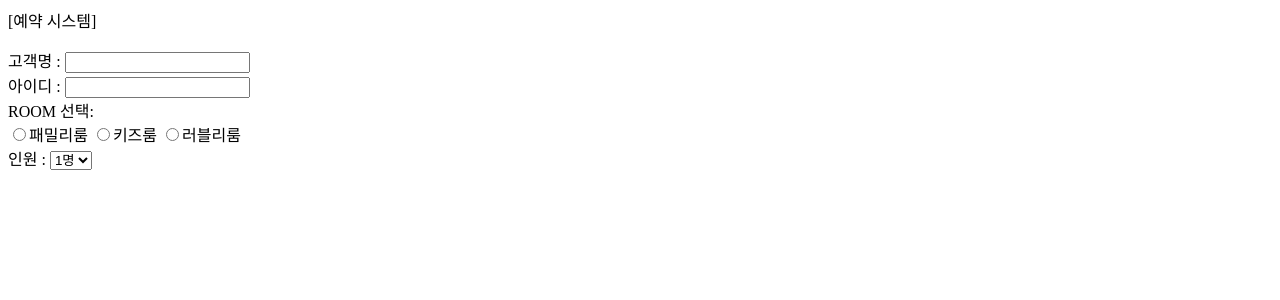
Repository: mnemion/BackendClass
Page: http://localhost/web/m/reserve.jsp
An editor plug-in stored every save of this project. The page is shown before and after a run of saves, followed by the edit.
The browser window is 1280 px wide. The pictures show the whole page.
The page is served by Tomcat 9. Other server files are loaded and not shown.

Above is the page before, as saved 2023-08-31 06:44:08.

### web/src/main/webapp/m/reserve.jsp
<%@ page language="java" contentType="text/html; charset=UTF-8"
    pageEncoding="UTF-8"%>
<div>
<p>[예약 시스템]</p>
고객명 : <input type="text" name="pname" readonly="readonly"><br>
아이디 : <input type="text" name="pid" readonly="readonly"><br>
ROOM 선택: <br>
<label>
<input type="radio" name="room" value="패밀리룸">패밀리룸
</label>
<label>
<input type="radio" name="room" value="키즈룸">키즈룸
</label>
<label>
<input type="radio" name="room" value="러블리룸">러블리룸
</label>
<br>
인원 :
<select name="person">
	<option value="1">1명</option>
	<option value="2">2명</option>
	<option value="3">3명</option>
</select>
<br>
</div>

After the next 2 saves:
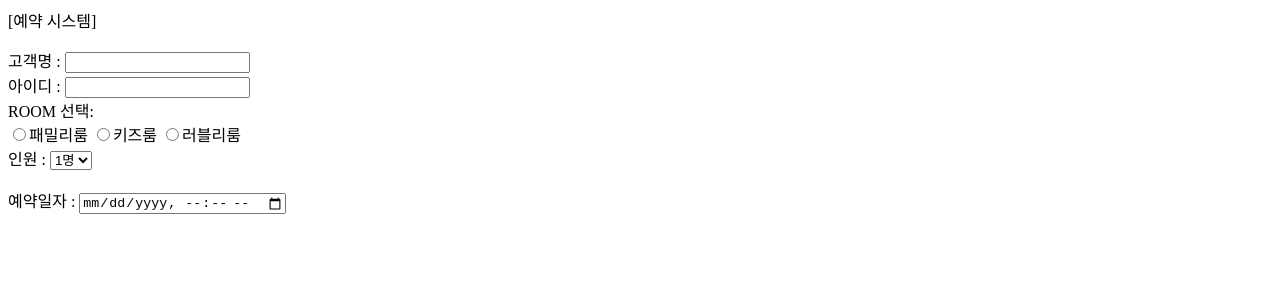
The 2 saves are shown as one change because they came seconds apart.
The last was saved 32 s later.
--- a/web/src/main/webapp/m/reserve.jsp
+++ b/web/src/main/webapp/m/reserve.jsp
@@ -21,5 +21,6 @@ ROOM 선택: <br>
 	<option value="2">2명</option>
 	<option value="3">3명</option>
 </select>
-<br>
+<br><br>
+예약일자 : <input type="datetime-local">
 </div>
